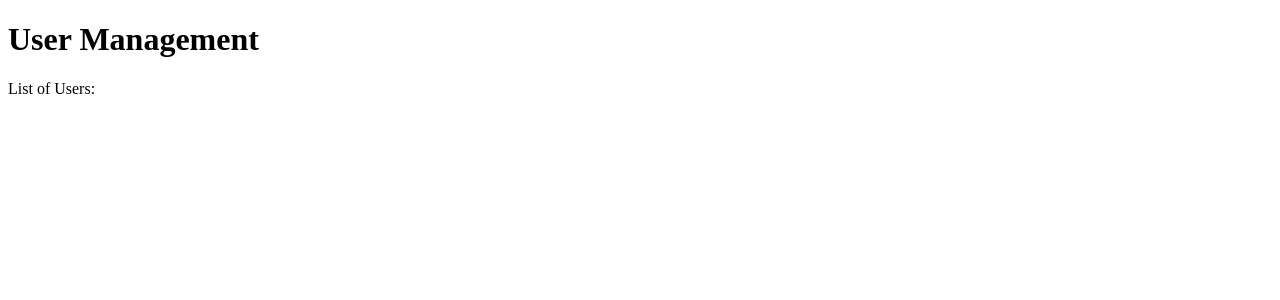
Repository: danalenvargas/TrainingWorkspace
Page: http://localhost/CaseStudyDraft/usermanagement.jsp
These files come from the project's save history. The page is drawn as it stood at one moment and after the next save; the edit follows.
The browser window is 1280 px wide. The pictures show the whole page.
The page is served by Tomcat 9. Other server files are loaded and not shown.

Above is the page before, as saved 2018-08-26 17:26:09.

### CaseStudyDraft/WebContent/usermanagement.jsp
<%@ page language="java" contentType="text/html; charset=ISO-8859-1"
    pageEncoding="ISO-8859-1"%>
<!DOCTYPE html PUBLIC "-//W3C//DTD HTML 4.01 Transitional//EN" "http://www.w3.org/TR/html4/loose.dtd">
<html>
<head>
<meta http-equiv="Content-Type" content="text/html; charset=ISO-8859-1">
<title>User Management</title>
</head>
<body>
<h1>User Management</h1>
List of Users: <br>
<table>
	<c:forEach items="${userList}" var="account">
		<tr>
			<td>${account.username}</td>
			<td>${account.canCreate}</td>
			<td>${account.canRead}</td>
			<td>${account.canUpdate}</td>
			<td>${account.canDelete}</td>
		</tr>
	</c:forEach>
</table>
</body>
</html>

After the next save:
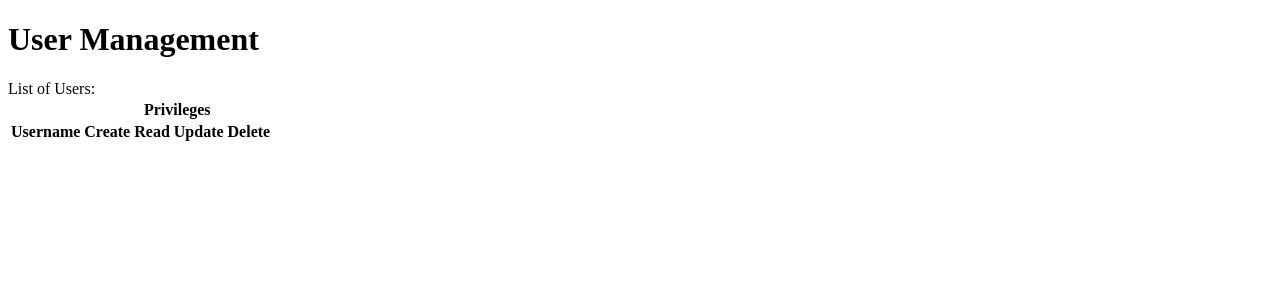
Saved 117 s later.
--- a/CaseStudyDraft/WebContent/usermanagement.jsp
+++ b/CaseStudyDraft/WebContent/usermanagement.jsp
@@ -10,6 +10,17 @@
 <h1>User Management</h1>
 List of Users: <br>
 <table>
+	<tr>
+		<th></th>
+		<th colspan="4">Privileges</th>
+	</tr>
+	<tr>
+		<th>Username</th>
+		<th>Create</th>
+		<th>Read</th>
+		<th>Update</th>
+		<th>Delete</th>
+	</tr>
 	<c:forEach items="${userList}" var="account">
 		<tr>
 			<td>${account.username}</td>
